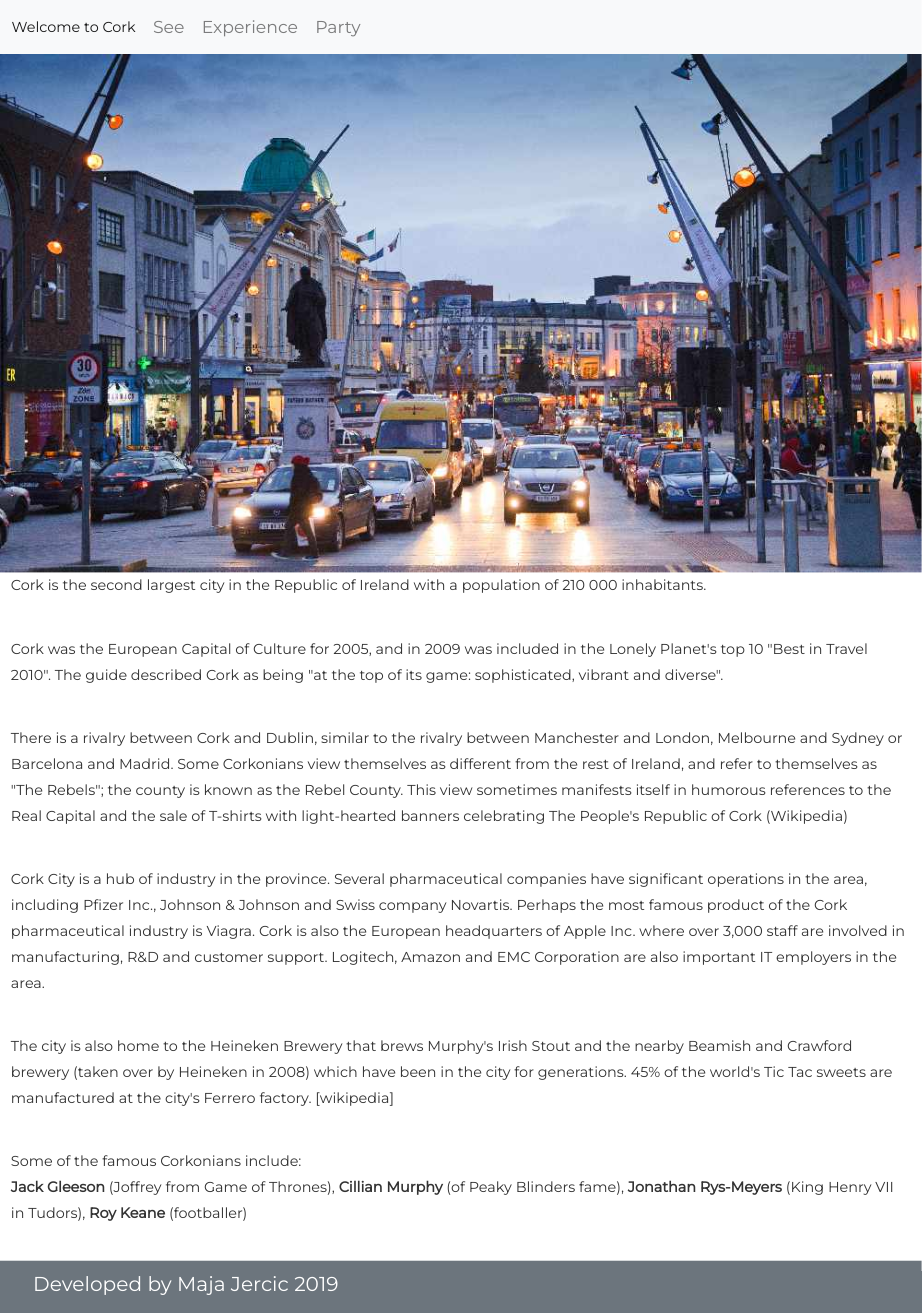
Repository: Maja-Jer/Welcome-to-Cork
Page: index.html
The author's editor kept a record of every edit. The page is drawn from the files as they stood at one moment, then again after the next edit.
The browser window is 1280 px wide. The pictures show the whole page, at 72% of full size.
Some web libraries are served in a nearby version.

Above is the page before.
Console error: TypeError: Cannot read properties of undefined (reading 'fn')

After the next edit:
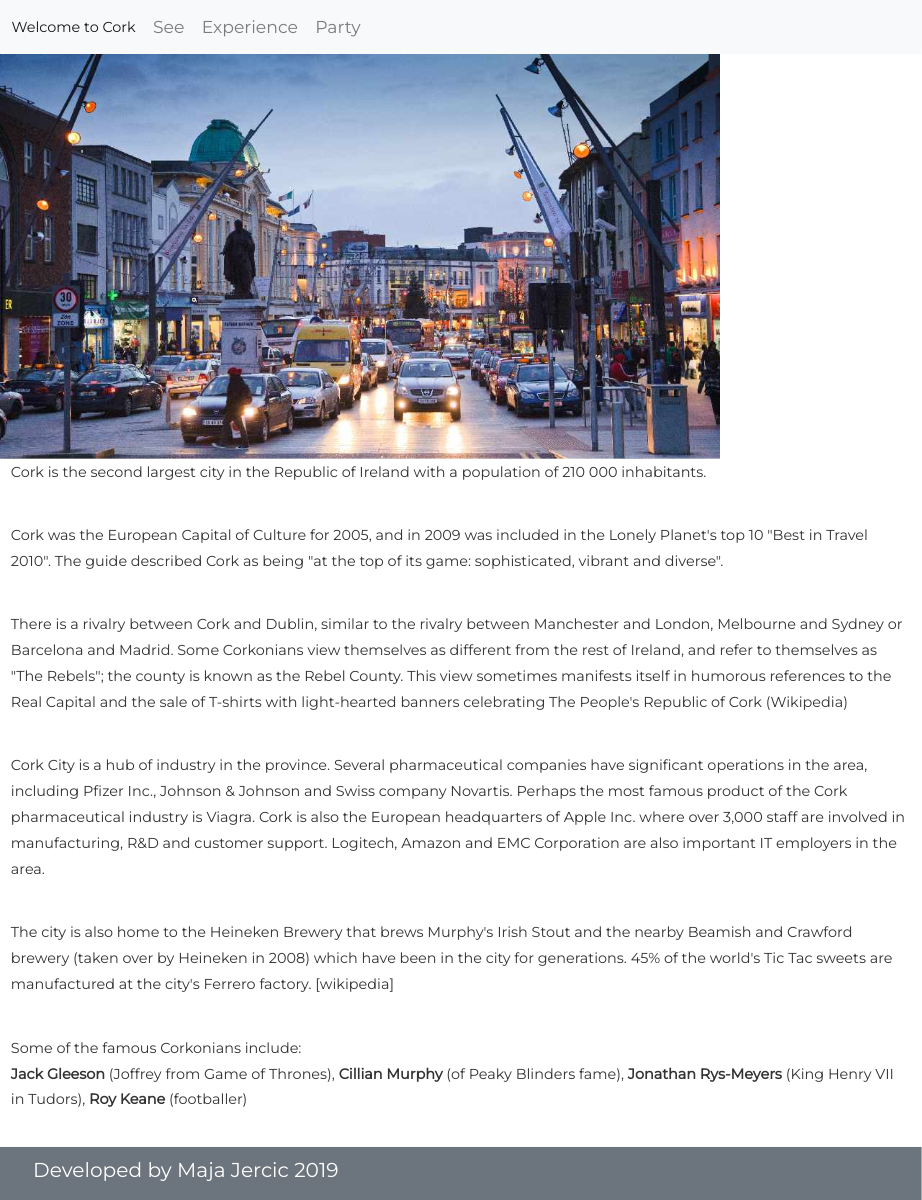
The edit:
--- a/index.html
+++ b/index.html
@@ -37,7 +37,7 @@
     <!--------------- Main photo -------->
     <div class="main-container">
         <div class="container-main-photo">
-            <img class="img-fluid" src="assets/photos/patrick_street.jpg" alt="Cork City" width=100%>
+            <img class="img-fluid" src="assets/photos/patrick_street.jpg" alt="Cork City" class= "center">
         </div>
 
 
